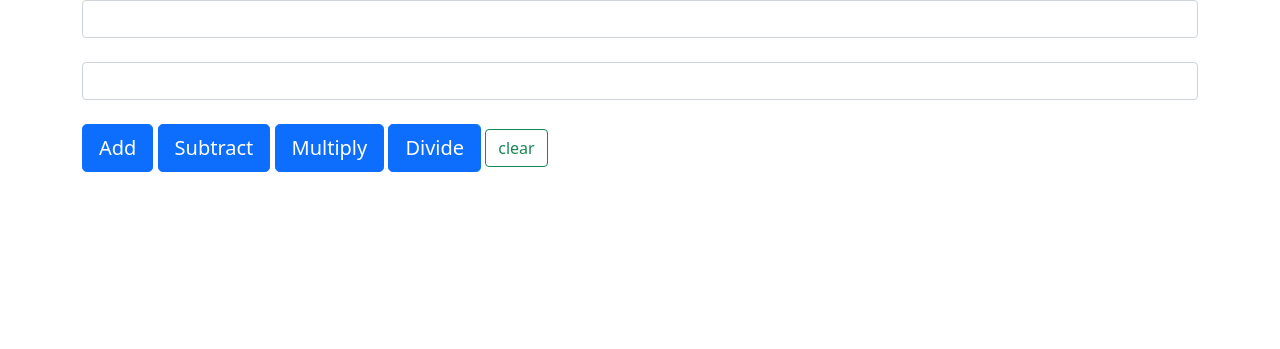
Repository: SHASHIDHAR-as/Spring
Page: spring-jsp-servelets/webapp/Webapp1/src/main/webapp/Calculator.html
These files come from the project's save history. The page is drawn as it stood at one moment and after the next save; the edit follows.
The browser window is 1280 px wide. The pictures show the whole page.

Above is the page before, as saved 2024-07-31 06:15:22.

### spring-jsp-servelets/webapp/Webapp1/src/main/webapp/Calculator.html
<!DOCTYPE html>
<html>
<head>
<meta charset="UTF-8">
<title>Calculator</title>
 <!-- Bootstrap CSS -->
    <link href="https://cdn.jsdelivr.net/npm/bootstrap@5.0.2/dist/css/bootstrap.min.css" rel="stylesheet" integrity="sha384-EVSTQN3/azprG1Anm3QDgpJLIm9Nao0Yz1ztcQTwFspd3yD65VohhpuuCOmLASjC" crossorigin="anonymous">

<script src="Scripts/calcscript.js"></script>
</head>
<body>
	<div class="container">
		<input class="form-control me-2 w-5" type="text" id="num1"><br>
		<input class="form-control me-2" type="text" id="num2"><br>

		<button class="btn btn-lg btn-primary " onclick="calculate('A')">Add</button>
		<button class="btn btn-lg btn-primary" onclick="calculate('S')">Subtract</button>
		<button  class="btn btn-lg btn-primary"onclick="calculate('M')">Multiply</button>
		<button class="btn btn-lg btn-primary" onclick="calculate('D')">Divide</button>
		<button  class="btn btn-outline-success" onclick="clearvalue()">clear</button>
		<p id="result"> </p>
	</div>
</body>
</html>

### spring-jsp-servelets/webapp/Webapp1/src/main/webapp/Scripts/calcscript.js
/**
 *

function add(){
    var num1 = parseFloat(document.getElementById("num1").value);
    var num2 = parseFloat(document.getElementById("num2").value);
    document.getElementById("result").innerHTML=" Result is :"+(num1+num2);
    alert(num1 + num2);
}
function sub(){
    var num1 = parseFloat(document.getElementById("num1").value);
    var num2 = parseFloat(document.getElementById("num2").value);
    document.getElementById("result").innerHTML=" Result is :"+(num1-num2);
    alert(num1 - num2);
}
 */


 function calculate(option){
	var num1 = parseFloat(document.getElementById("num1").value);
    var num2 = parseFloat(document.getElementById("num2").value);
    if(isNaN(num1) ||isNaN(num2)){
		alert("Please enter proper values");
		return
	}
	switch(option){
		case 'A':result=num1+num2;
				break;

    	case 'S':
			   result=num1-num2;
				break;
    	case 'M':
			    result=num1*num2;
				break;
    	case 'D':
			    result=num1/num2;
				break;
	}
	document.getElementById("result").innerHTML=" Result is :"+result;
    			alert(result);



 }

 function clearvalue(){
  document.getElementById("num1").value="";
   document.getElementById("num2").value="";
    document.getElementById("result").innerHTML="";

}

After the next save:
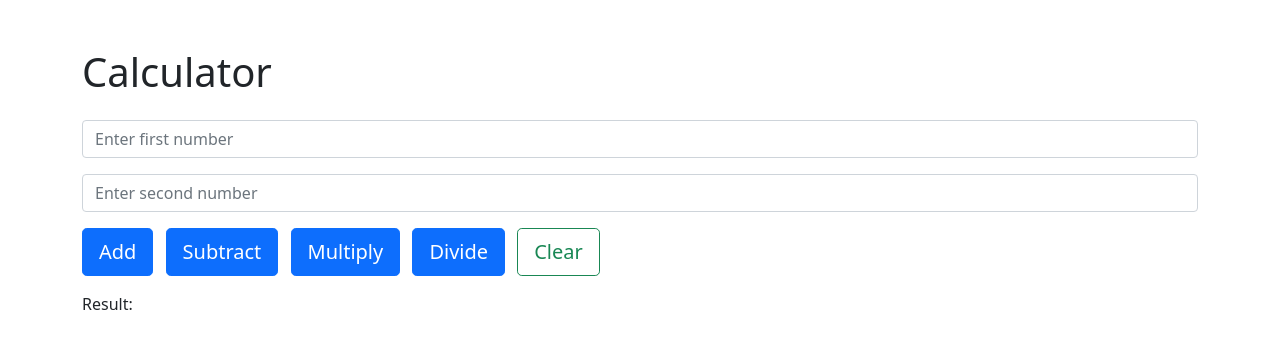
Saved 108 s later.
--- a/spring-jsp-servelets/webapp/Webapp1/src/main/webapp/Calculator.html
+++ b/spring-jsp-servelets/webapp/Webapp1/src/main/webapp/Calculator.html
@@ -4,21 +4,26 @@
 <meta charset="UTF-8">
 <title>Calculator</title>
  <!-- Bootstrap CSS -->
-    <link href="https://cdn.jsdelivr.net/npm/bootstrap@5.0.2/dist/css/bootstrap.min.css" rel="stylesheet" integrity="sha384-EVSTQN3/azprG1Anm3QDgpJLIm9Nao0Yz1ztcQTwFspd3yD65VohhpuuCOmLASjC" crossorigin="anonymous">
-
+<link href="https://cdn.jsdelivr.net/npm/bootstrap@5.0.2/dist/css/bootstrap.min.css" rel="stylesheet" integrity="sha384-EVSTQN3/azprG1Anm3QDgpJLIm9Nao0Yz1ztcQTwFspd3yD65VohhpuuCOmLASjC" crossorigin="anonymous">
 <script src="Scripts/calcscript.js"></script>
 </head>
 <body>
-	<div class="container">
-		<input class="form-control me-2 w-5" type="text" id="num1"><br>
-		<input class="form-control me-2" type="text" id="num2"><br>
-
-		<button class="btn btn-lg btn-primary " onclick="calculate('A')">Add</button>
-		<button class="btn btn-lg btn-primary" onclick="calculate('S')">Subtract</button>
-		<button  class="btn btn-lg btn-primary"onclick="calculate('M')">Multiply</button>
-		<button class="btn btn-lg btn-primary" onclick="calculate('D')">Divide</button>
-		<button  class="btn btn-outline-success" onclick="clearvalue()">clear</button>
-		<p id="result"> </p>
+	<div class="container mt-5">
+		<h1 class="mb-4">Calculator</h1>
+		<div class="mb-3">
+			<input class="form-control" type="text" id="num1" placeholder="Enter first number">
+		</div>
+		<div class="mb-3">
+			<input class="form-control" type="text" id="num2" placeholder="Enter second number">
+		</div>
+		<div class="mb-3">
+			<button class="btn btn-lg btn-primary me-2" onclick="calculate('A')">Add</button>
+			<button class="btn btn-lg btn-primary me-2" onclick="calculate('S')">Subtract</button>
+			<button class="btn btn-lg btn-primary me-2" onclick="calculate('M')">Multiply</button>
+			<button class="btn btn-lg btn-primary me-2" onclick="calculate('D')">Divide</button>
+			<button class="btn btn-lg btn-outline-success" onclick="clearvalue()">Clear</button>
+		</div>
+		<p id="result" class="mt-3">Result: </p>
 	</div>
 </body>
 </html>
